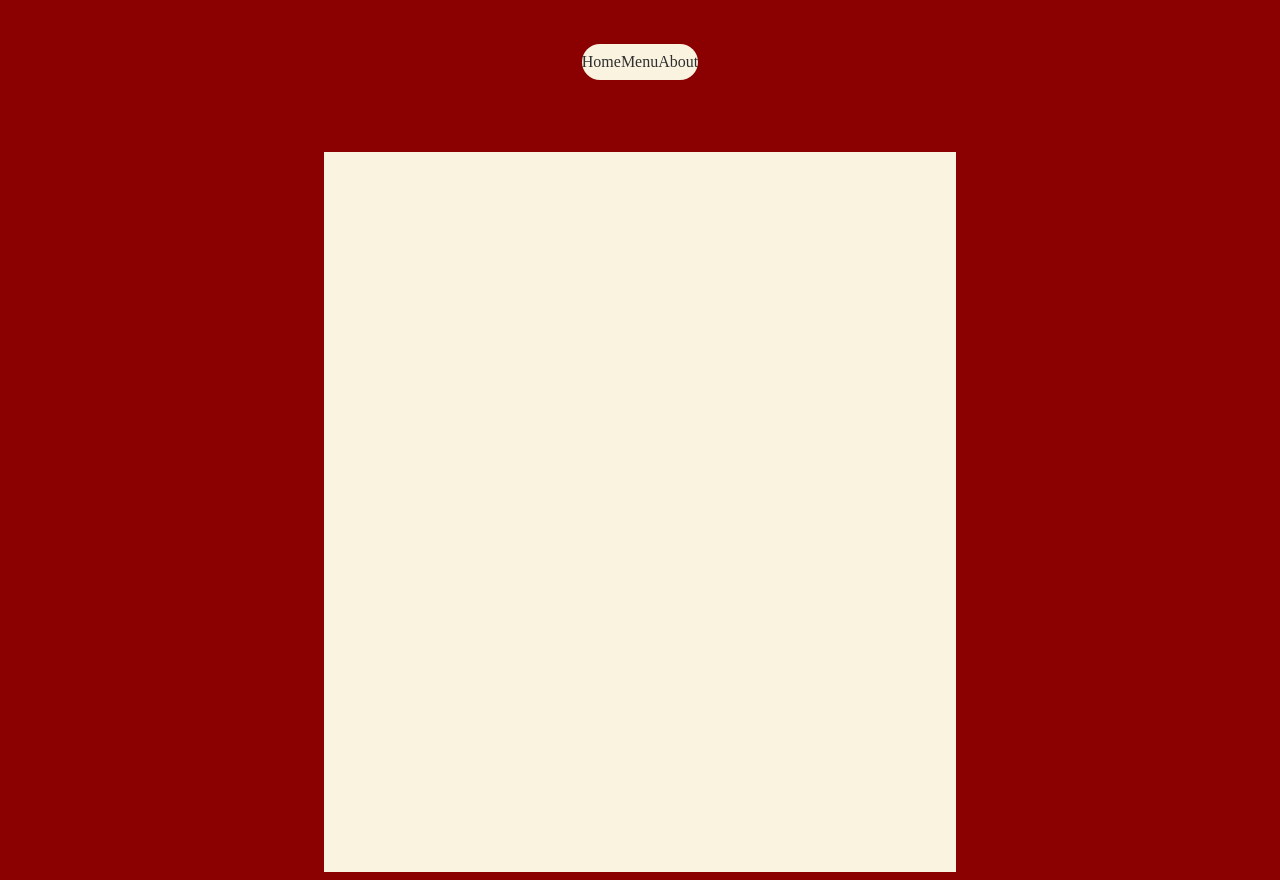
Repository: Dimitris2031/Restaurant-Front-page
Page: / (app in webpack-practice/)
An editor plug-in stored every save of this project. The page is shown before and after the next save, followed by the edit.
The browser window is 1280 px wide. The pictures show the whole page.
The project was rebuilt for these pictures with package versions that can differ from the ones it lists, and the page was loaded fresh each time. Also part of the build but not shown: webpack-practice/webpack.config.js.

Above is the page before, as saved 2025-09-10 10:43:06.

### webpack-practice/src/template.html
<!DOCTYPE html>
<html lang="en">
<head>
  <meta charset="UTF-8">
  <title>Webpack Practice</title>
</head>
<body>
  <header>
    <div class="nav-container">
        <nav>Home</nav>
        <nav>Menu</nav>
        <nav>About</nav>
    </div>
  </header>
  <div id="content"></div>
</body>
</html>

### webpack-practice/src/index.js
// src/index.js
import "./styles.css";
// import odinImage from "./odin.png";
import { greeting } from "./greeting.js";
const image = document.createElement("img");
// image.src = odinImage;

// document.body.appendChild(image);

console.log(greeting);

### webpack-practice/src/styles.css
*{
  margin: 200;
  padding: 0;

}

/* styles.css */
body {
  background-color: #8B0000;
  display: flex;
  flex-direction: column;
  align-items: center;
  gap: 10vh;
}

header{
  display:flex;
  justify-content:center;
  align-items:end;
  gap: 5%;
  height: 10vh;
}

.nav-container{
  display:flex;
  justify-content:space-around;
  align-items:center;

  height: 50%;
  background-color: #FAF3E0;
  border-radius: 20px;
}

nav{
  color: #2F2F2F;
}

#content{
  height: 100vh;
  background-color: #FAF3E0;
  width: 50%;
}

### webpack-practice/src/greeting.js
// greeting.js


function home(){

}

function menu(){

}

function contact(){

}

After the next save:
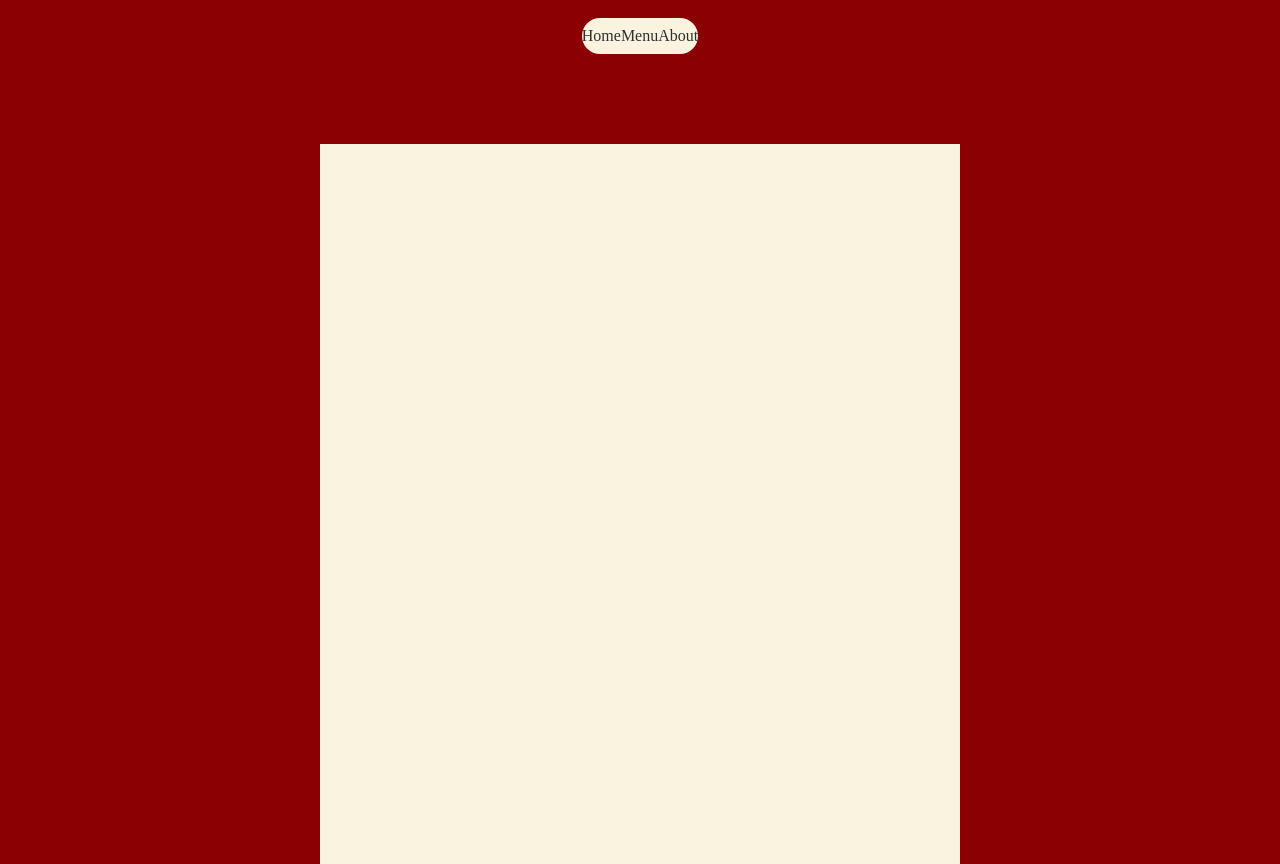
Saved 7 s later.
--- a/webpack-practice/src/styles.css
+++ b/webpack-practice/src/styles.css
@@ -1,5 +1,5 @@
 *{
-  margin: 200;
+  margin: auto;
   padding: 0;
 
 }
